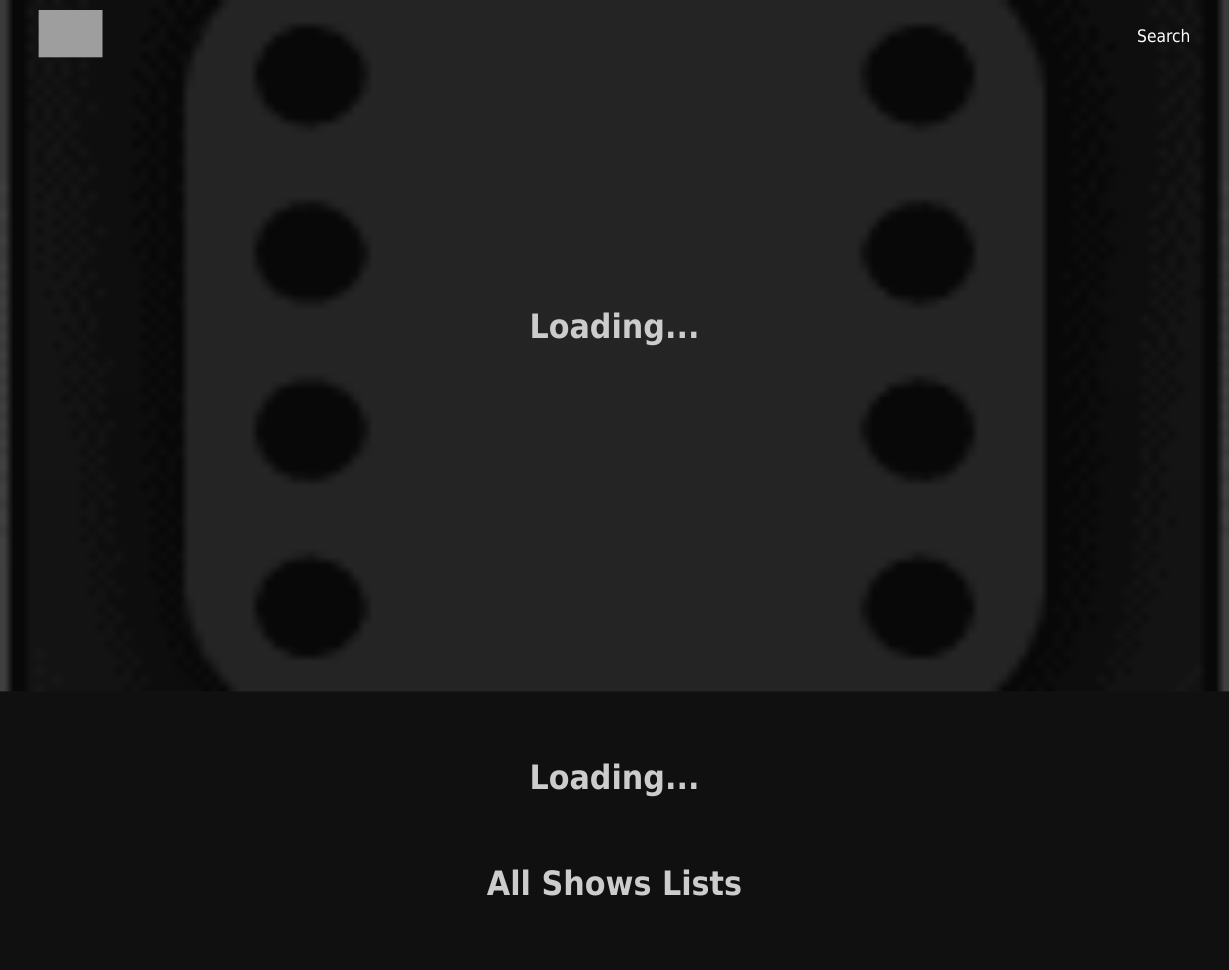
Repository: ahmedhamed15/React-Movies-App
Page: /#/show/1
An editor plug-in stored every save of this project. The page is shown before and after the next save, followed by the edit.
The browser window is 1280 px wide. The pictures show the whole page, at 96% of full size.
Pictures or frames that could not be fetched are drawn as grey boxes. The page's requests for data from a server got no answer. Backgrounds fixed to the window are drawn as part of the page. The project was rebuilt for these pictures with package versions that can differ from the ones it lists, and the page was loaded fresh each time. No one was signed in, and anything a server would have sent is missing. Also part of the build but not shown: src/Components/Search/Search.js, src/Pages/HomePage.js, src/Components/Shows/ShowItem.js, src/Pages/SearchPage.js.

Above is the page before, as saved 2021-07-24 23:10:42.

After the next save:
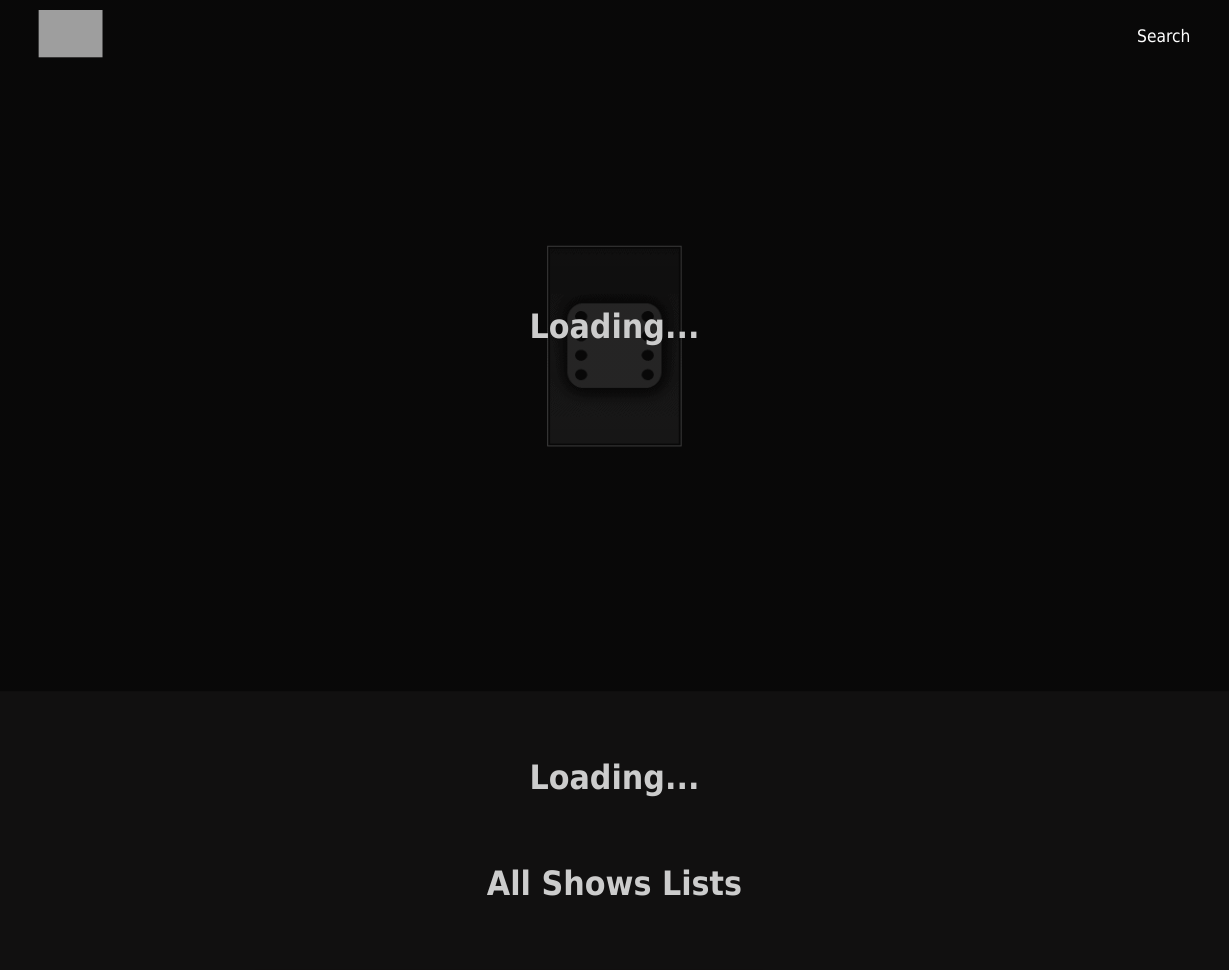
Saved 45 s later.
--- a/src/Components/Shows/Show.js
+++ b/src/Components/Shows/Show.js
@@ -29,7 +29,7 @@ const Show = (props) => {
 
     const bgImg = {
         background: `linear-gradient( rgba(0, 0, 0, 0.5), rgba(0, 0, 0, 0.5) ), url(${showImg}) no-repeat center center fixed`,
-        backgroundSize: "cover"
+        backgroundSize: "cover !important"
     }
 
     return (

After the save that followed:
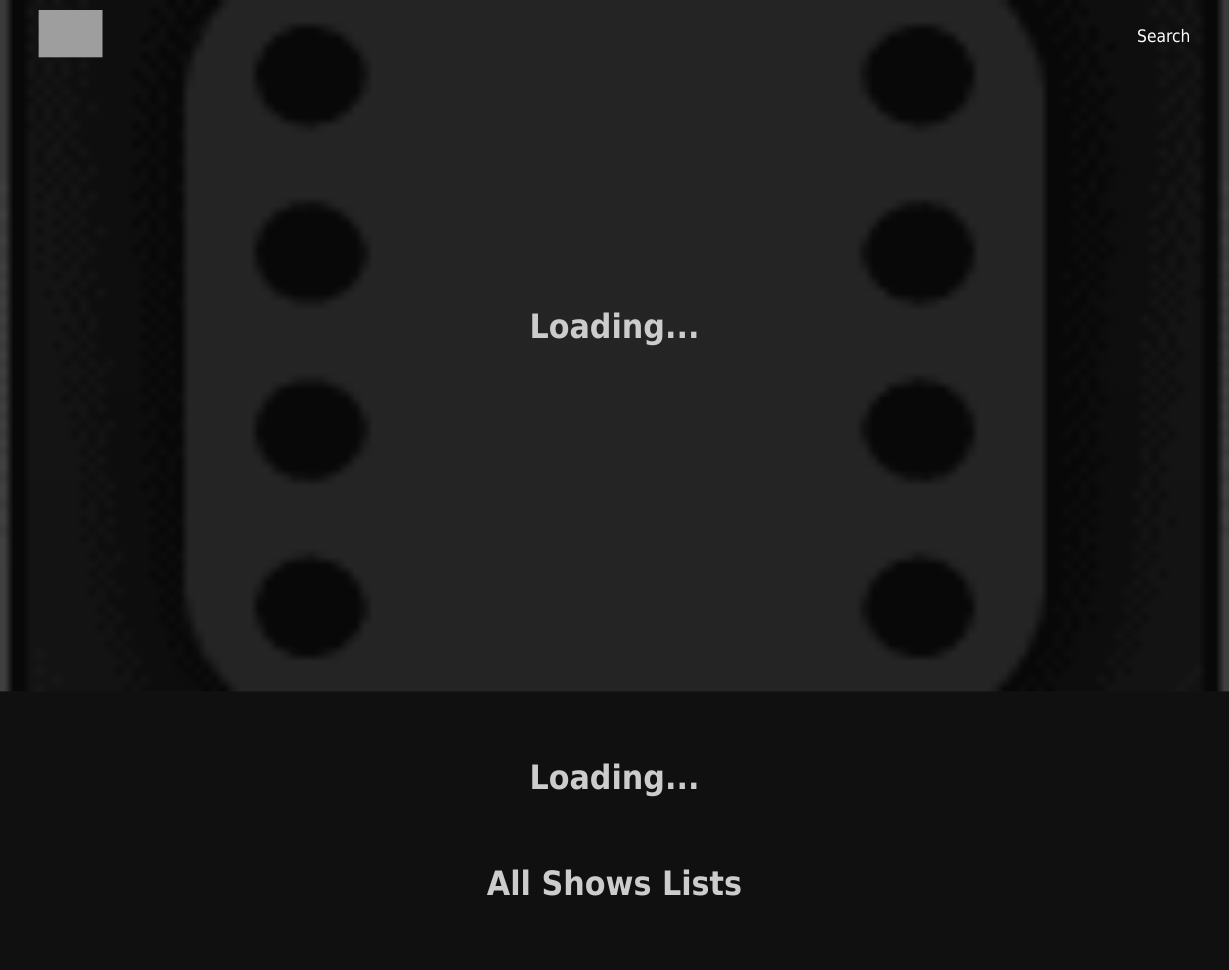
Saved 9 s later.
--- a/src/assets/index.css
+++ b/src/assets/index.css
@@ -153,7 +153,7 @@ header a:hover {
   display: flex;
   /* background: url(https://images.amcnetworks.com/ifcfilms.com/wp-content/uploads/2020/03/sixmins.jpg) no-repeat center center fixed; */
   /* background: linear-gradient( rgba(0, 0, 0, 0.5), rgba(0, 0, 0, 0.5) ), url(https://images.amcnetworks.com/ifcfilms.com/wp-content/uploads/2020/03/sixmins.jpg) no-repeat center center fixed; */
-  background-size: cover;
+  background-size: cover !important;
 }
 .show-detailed .col-md-4 {
   flex: 0 0 33.3333%;
